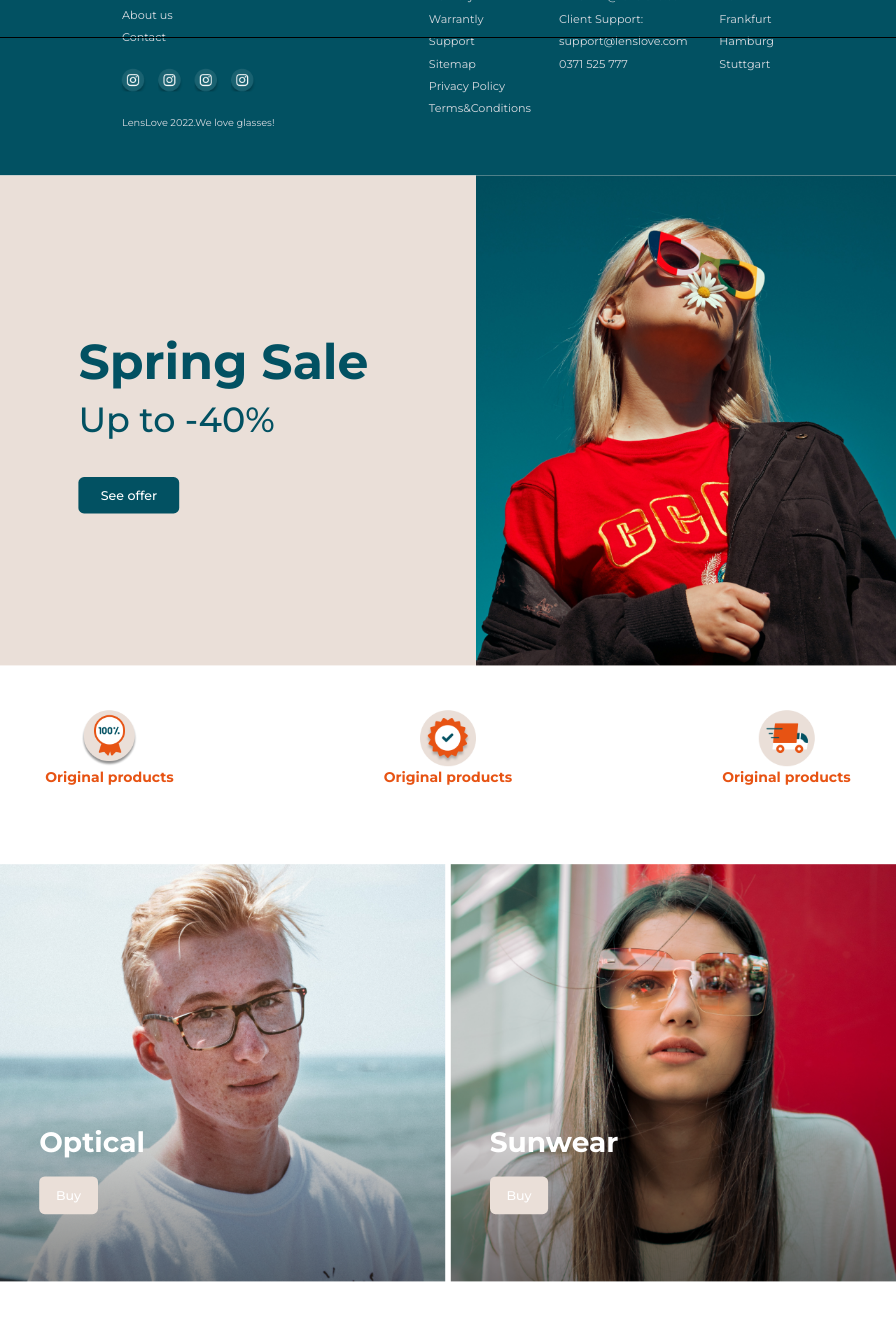
Repository: thienthanhvinh/glasses-react
Page: /
These files come from the project's save history. The page is drawn as it stood at one moment and after the next save; the edit follows.
The browser window is 1280 px wide. The pictures show the part of the page from y = 312 to 2232 px (the page is 5645 px tall before and 720 px after), at 70% of full size.
The project was rebuilt for these pictures with package versions that can differ from the ones it lists, and the page was loaded fresh each time. Also part of the build but not shown: src/App.css, src/components/common/FormGroup.js, src/components/input/Input.js, src/components/label/Label.js, src/hooks/useDarkMode.js, src/layout/LayoutAuthentication.js, src/components/icons/IconEyeToggle.js, src/pages/SignInPage.js and 1 more.

Above is the page before, as saved 2023-02-13 20:01:27.

### public/index.html
<!DOCTYPE html>
<html lang="en">
  <head>
    <meta charset="utf-8" />
    <link rel="icon" href="%PUBLIC_URL%/favicon.ico" />
    <meta name="viewport" content="width=device-width, initial-scale=1" />
    <meta name="theme-color" content="#000000" />
    <meta
      name="description"
      content="Web site created using create-react-app"
    />
    <link rel="apple-touch-icon" href="%PUBLIC_URL%/logo192.png" />
    <!--
      manifest.json provides metadata used when your web app is installed on a
      user's mobile device or desktop. See https://developers.google.com/web/fundamentals/web-app-manifest/
    -->
    <link rel="manifest" href="%PUBLIC_URL%/manifest.json" />
    <!--
      Notice the use of %PUBLIC_URL% in the tags above.
      It will be replaced with the URL of the `public` folder during the build.
      Only files inside the `public` folder can be referenced from the HTML.

      Unlike "/favicon.ico" or "favicon.ico", "%PUBLIC_URL%/favicon.ico" will
      work correctly both with client-side routing and a non-root public URL.
      Learn how to configure a non-root public URL by running `npm run build`.
    -->
    <link href="https://fonts.googleapis.com/css2?family=Montserrat:wght@300;400;500;600;700&display=swap" rel="stylesheet">
    <title>React App</title>
  </head>
  <body>
    <noscript>You need to enable JavaScript to run this app.</noscript>
    <div id="root"></div>
    <!--
      This HTML file is a template.
      If you open it directly in the browser, you will see an empty page.

      You can add webfonts, meta tags, or analytics to this file.
      The build step will place the bundled scripts into the <body> tag.

      To begin the development, run `npm start` or `yarn start`.
      To create a production bundle, use `npm run build` or `yarn build`.
    -->
  </body>
</html>

### src/index.js
import React from 'react';
import ReactDOM from 'react-dom/client';
import './index.css';
import App from './App';
import reportWebVitals from './reportWebVitals';
import { BrowserRouter } from 'react-router-dom';
import { ToastContainer, toast } from 'react-toastify';
import 'react-toastify/dist/ReactToastify.css';

const root = ReactDOM.createRoot(document.getElementById('root'));
root.render(
  // <React.StrictMode>
  <BrowserRouter>
    <App />
    <ToastContainer></ToastContainer>
  </BrowserRouter>
  // </React.StrictMode>
);

// If you want to start measuring performance in your app, pass a function
// to log results (for example: reportWebVitals(console.log))
// or send to an analytics endpoint. Learn more: https://bit.ly/CRA-vitals
reportWebVitals();

### src/index.css
/* body {
  margin: 0;
  font-family: -apple-system, BlinkMacSystemFont, 'Segoe UI', 'Roboto', 'Oxygen',
    'Ubuntu', 'Cantarell', 'Fira Sans', 'Droid Sans', 'Helvetica Neue',
    sans-serif;
  -webkit-font-smoothing: antialiased;
  -moz-osx-font-smoothing: grayscale;
}

code {
  font-family: source-code-pro, Menlo, Monaco, Consolas, 'Courier New',
    monospace;
} */

@tailwind base;
@tailwind components;
@tailwind utilities;

body {
  font-family: 'Montserrat', sans-serif;
}
/* .darkmode-input:checked + div .darkmode-spinner {
  transform: translateX(33px);
} */
.active-light {
  transform: translateX(0px);
  transition: all 0.4s;
}
.active-dark {
  transform: translateX(33px);
  transition: all 0.4s;
}

/* .darkmode-input:checked + div {


} */

/* .darkmode-input:checked + div .darkmode-spinner {
  background-color: white;
} */

### src/App.js

import { Route, Routes } from 'react-router-dom';
import './App.css';
import HomePage from './pages/HomePage';
import SignInPage from './pages/SignInPage';
import SignUpPage from './pages/SignUpPage';

function App() {
  return (
    <Routes>
      <Route path='/sign-up' element={<SignUpPage></SignUpPage>}></Route>
      <Route path='/sign-in' element={<SignInPage></SignInPage>}></Route>
      <Route path='/' element={<HomePage></HomePage>}></Route>
    </Routes>
  );
}

export default App;

### src/pages/HomePage.js
import React, { Fragment } from "react";
import Category from "../components/category/Category";
import Heading from "../components/common/Heading";
import Intro from "../components/intro/Intro";
import SpringSales from "../components/sales/SpringSales";
import LayoutMenu from "../layout/LayoutMenu";
import GlassesGrid from "../modules/GlassesGrid";
import GlassesItem from "../modules/GlassesItem";
import { v4 } from "uuid";
import Button from "../components/button/Button";
import HeadLine from "../modules/HeadLine";
import LayoutFooter from "../layout/LayoutFooter";
import LayoutGlasses from "../layout/LayoutGlasses";

const HomePage = () => {
  return (
    <Fragment>
      <LayoutGlasses>

      </LayoutGlasses>
      <SpringSales></SpringSales>
      <Intro></Intro>
      <Category></Category>
      <Heading>Popular</Heading>
      <GlassesGrid>
        {Array(4)
          .fill(0)
          .map((item) => (
            <GlassesItem key={v4()}></GlassesItem>
          ))}
        {/* <GlassesItem></GlassesItem> */}
      </GlassesGrid>
      <div className="text-center mb-[140px]">
        <Button className="mt-[70px] px-5 py-2 rounded-[4px]">See all</Button>
      </div>
      <Heading>New</Heading>
      <GlassesGrid>
        {Array(4)
          .fill(0)
          .map((item) => (
            <GlassesItem key={v4()}></GlassesItem>
          ))}
      </GlassesGrid>
      <div className="text-center mb-[140px]">
        <Button className="mt-[70px] px-5 py-2 rounded-[4px]">See all</Button>
      </div>
      <Heading>Sunwear</Heading>
      <GlassesGrid>
        {Array(4)
          .fill(0)
          .map((item) => (
            <GlassesItem key={v4()}></GlassesItem>
          ))}
      </GlassesGrid>
      <div className="text-center mb-[112px]">
        <Button className="mt-[70px] px-5 py-2 rounded-[4px]">See all</Button>
      </div>
      <Heading className="mb-[80px]">Our advice</Heading>
      <HeadLine></HeadLine>
      <HeadLine type="secondary"></HeadLine>

    </Fragment>
  );
};

export default HomePage;

### src/components/category/Category.js
import React from 'react';
import Button from '../button/Button';

const Category = () => {
    return (
        <div className='flex mb-[112px] mx-auto max-w-[1400px] w-full gap-x-2'>
            <div className='h-[596px] relative'>
                <img src="/category1.png" alt="" className='w-full h-full object-cover' />
                <div className='absolute bottom-24 left-14'>
                    <p className='font-extrabold text-[40px] leading-[98px] text-white'>Optical</p>
                    <Button className='bg-secondary text-primary rounded-[4px] px-6 py-2 font-bold text-lg leading-[30px]'>Buy</Button>
                </div>
            </div>
            <div className='h-[596px] relative'>
                <img src="/category2.png" alt="" className='w-full h-full object-cover' />
                <div className='absolute bottom-24 left-14'>
                    <p className='font-extrabold text-[40px] leading-[98px] text-white'>Sunwear</p>
                    <Button className='bg-secondary text-primary rounded-[4px] px-6 py-2 font-bold text-lg leading-[30px]'>Buy</Button>
                </div>
            </div>
        </div>
    );
};

export default Category;

### src/components/common/Heading.js
import React from 'react';

const Heading = ({children, className = ''}) => {
    return (
        <h2 className={`font-extrabold text-[70px] leading-[98px] text-center text-primary mb-[70px] ${className}`}>
            {children}
        </h2>
    );
};
export default Heading;

### src/components/intro/Intro.js
import React from 'react';

const Intro = () => {
    return (
        <div className='flex items-center justify-center gap-x-[300px] mt-[64px] mb-[110px]'>
            <div className='flex flex-col items-center'>
                <img srcSet="/Icon1.png 2x" alt="" className='w-[80px] h-[80px] object-cover' />
                <p className='text-tertiary text-xl leading-[30px] font-bold'>Original products</p>
            </div>
            <div className='flex flex-col items-center'>
                <img srcSet="/Icon2.png 2x" alt="" className='w-[80px] h-[80px] object-cover' />
                <p className='text-tertiary text-xl leading-[30px] font-bold'>Original products</p>
            </div>
            <div className='flex flex-col items-center'>
                <img srcSet="/Icon3.png 2x" alt="" className='w-[80px] h-[80px] object-cover' />
                <p className='text-tertiary text-xl leading-[30px] font-bold'>Original products</p>
            </div>
        </div>
    );
};

export default Intro;

### src/components/sales/SpringSales.js
import React from 'react';
import Button from '../button/Button';

const SpringSales = () => {
    return (
        <div className='bg-secondary h-[700px] w-full flex items-center justify-between'>
            <div className='ml-[112px]'>
                <h2 className='text-primary text-[70px] font-extrabold leading-[98px]'>Spring Sale</h2>
                <p className='text-primary text-[50px] font-medium leading-[68px] mb-[48px]'>Up to -40%</p>
                <Button className='text-white bg-primary rounded-lg px-8 py-2 text-lg'>See offer</Button>
            </div>
            <div className='h-[700px]'>
                <img src="/photo1.png" alt="" className='w-full h-auto object-cover' />
            </div>
        </div>
    );
};

export default SpringSales;

### src/layout/LayoutMenu.js
import React from "react";
import { Link } from "react-router-dom";
import Navbar from "../components/navbar/Navbar";

const LayoutMenu = () => {
  return (
    <div className="py-10 px-16">
      <div className="flex items-center justify-between mb-14">
        <img src="/logo.png" alt="" className="w-[140px] h-auto object-cover" />
        <div className="flex gap-x-5 text-secondary-3 text-[15px] font-medium">
            <span>0371 525 777</span>
            <Link to="/">Help</Link>
            <Link to="/sign-in">Account</Link>
        </div>
      </div>
      <Navbar></Navbar>
    </div>
  );
};

export default LayoutMenu;

### src/modules/GlassesGrid.js
import React from 'react';

const GlassesGrid = ({children, className = ''}) => {
    return (
        <div className={`grid grid-cols-4 gap-x-6 px-16 ${className}`}>
            {children}
        </div>
    );
};

export default GlassesGrid;

### src/modules/GlassesItem.js
import React from "react";

const GlassesItem = () => {
  return (
    <div className="flex flex-col">
      <div className="h-[250px] mb-4">
        <img src="/glasses.png" alt="" className="w-full h-full object-cover" />
      </div>
      <p className="text-secondary-3 font-semibold text-2xl">Model Name</p>
      <p className="font-normal text-secondary-3">Price</p>
      <p className="font-semibold text-lg leading-[30px] text-tertiary">
        See details ->
      </p>
    </div>
  );
};

export default GlassesItem;

### src/components/button/Button.js
import React from 'react';

const Button = ({type, children, className=''}) => {
    return (
        <button type='submit' className={`bg-primary text-white ${className} rounded-lg px-3 py-3 font-medium`}>
            {children}
        </button>
    );
};

export default Button;

### src/modules/HeadLine.js
import React from "react";
import HeadlineImage from "./HeadlineImage";
import HeadlineContent from "./HeadlineContent";

const HeadLine = ({type = "default"}) => {
    if(type === "default") {
        return (
            <div className="w-full flex items-center gap-x-[112px] px-16">
              <HeadlineImage></HeadlineImage>
              <HeadlineContent></HeadlineContent>
            </div>
          );
    } else {
        return (
            <div className="w-full flex items-center gap-x-[227px] px-16">
              <HeadlineContent className="ml-[48px]"></HeadlineContent>
              <HeadlineImage src="headline2.png" className=""></HeadlineImage>
            </div>
          );
    }

};

export default HeadLine;

### src/layout/LayoutFooter.js
import React from "react";
import { Link } from "react-router-dom";

const LayoutFooter = () => {
  return (
    <div className="bg-primary flex justify-around px-16 py-16 text-gray-white">
      <div className="flex flex-col">
        <h2 className="text-secondary font-extrabold text-[32px] leading-[46px] mb-8">
          LENS<span className="font-normal">LOVE</span>
        </h2>
        <Link to="/about" className="mb-2">
          About us
        </Link>
        <Link to="contact" className="mb-8">
          Contact
        </Link>
        <div className="flex gap-x-4 mb-8">
          <span>
            <img src="/Instagram.png" alt="" />
          </span>
          <span>
            <img src="/Instagram.png" alt="" />
          </span>
          <span>
            <img src="/Instagram.png" alt="" />
          </span>
          <span>
            <img src="/Instagram.png" alt="" />
          </span>
        </div>
        <p className="text-[14px] leading-[24px]">
          LensLove 2022.We love glasses!
        </p>
      </div>
      <div className="flex gap-x-10">
        <div>
          <h3 className="font-medium text-xl mb-6">Info</h3>
          <div className="flex flex-col gap-y-2">
            <p>Delivery</p>
            <p>Warrantly</p>
            <p>Support</p>
            <p>Sitemap</p>
            <p>Privacy Policy</p>
            <p>Terms&Conditions</p>
          </div>
        </div>
        <div>
          <h3 className="font-medium text-xl mb-6">Helps</h3>
          <div className="flex flex-col gap-y-2">
            <p>Email: hi@lenslove.com</p>
            <p>Client Support:</p>
            <p>support@lenslove.com</p>
            <p>0371 525 777</p>
          </div>
        </div>
        <div>
          <h3 className="font-medium text-xl mb-6">Shops</h3>
          <div className="flex flex-col gap-y-2">
            <p>Berlin</p>
            <p>Frankfurt</p>
            <p>Hamburg</p>
            <p>Stuttgart</p>
          </div>
        </div>
      </div>
    </div>
  );
};

export default LayoutFooter;

### src/layout/LayoutGlasses.js
import React from 'react';
import LayoutFooter from './LayoutFooter';
import LayoutMenu from './LayoutMenu';

const LayoutGlasses = ({children}) => {
    return (
        <>
         <LayoutMenu></LayoutMenu>
            {children}
         <LayoutFooter></LayoutFooter>
        </>
    );
};

export default LayoutGlasses;

### src/components/navbar/Navbar.js
import React from "react";
import { Link } from "react-router-dom";

const Navbar = () => {
  return (
    <div className="flex">
      <ul className="flex text-sm font-semibold gap-x-8">
        <li>
          <Link to="/">Shops</Link>
        </li>
        <li>
          <Link to="/">Offers</Link>
        </li>
        <li>
          <Link to="/">Warranty</Link>
        </li>
        <li>
          <Link to="/">Medical</Link>
        </li>
        <li>
          <Link to="/">Info</Link>
        </li>
        <li>
          <Link to="/">Blog</Link>
        </li>
        <li>
          <Link to="/">About us</Link>
        </li>
        <li>
          <Link to="/">Contact</Link>
        </li>
      </ul>
      <div className="ml-auto flex items-center gap-x-8">
        <div className="flex gap-x-[6px] items-center">
          <svg
            width={18}
            height={17}
            viewBox="0 0 18 17"
            fill="none"
            xmlns="http://www.w3.org/2000/svg"
          >
            <path
              d="M17.153 15.747L12.8535 11.5161C13.9794 10.2929 14.6712 8.67509 14.6712 6.89489C14.6707 3.0867 11.534 0 7.66437 0C3.79477 0 0.658081 3.0867 0.658081 6.89489C0.658081 10.7031 3.79477 13.7898 7.66437 13.7898C9.3363 13.7898 10.8698 13.2115 12.0743 12.2501L16.3905 16.4976C16.6008 16.7047 16.9422 16.7047 17.1525 16.4976C17.3633 16.2904 17.3633 15.9541 17.153 15.747ZM7.66437 12.729C4.39027 12.729 1.7361 10.117 1.7361 6.89489C1.7361 3.67281 4.39027 1.06082 7.66437 1.06082C10.9385 1.06082 13.5926 3.67281 13.5926 6.89489C13.5926 10.117 10.9385 12.729 7.66437 12.729Z"
              fill="#414141"
            />
          </svg>
          <span className="text-sm font-semibold">Search</span>
        </div>
        <span>
          <svg
            width="19"
            height="17"
            viewBox="0 0 19 17"
            fill="none"
            xmlns="http://www.w3.org/2000/svg"
          >
            <path
              d="M2.14414 8.80841C0.111678 6.47788 0.614575 3.72661 2.23686 2.03652C3.85628 0.349414 6.5587 -0.245866 8.98238 1.79479L8.98243 1.79483C9.37299 2.12358 9.93842 2.1081 10.3148 1.781L10.3148 1.78097C12.5442 -0.15713 15.2905 0.329246 16.9821 1.956C17.8273 2.76872 18.3905 3.85299 18.4856 5.03784C18.5799 6.21232 18.2175 7.5254 17.1436 8.81679L10.2601 16.0112C9.92623 16.3602 9.36908 16.3602 9.03526 16.0113L2.14414 8.80841Z"
              stroke="#414141"
            />
          </svg>
        </span>
        <span>
          <svg
            width="17"
            height="18"
            viewBox="0 0 17 18"
            fill="none"
            xmlns="http://www.w3.org/2000/svg"
          >
            <path
              d="M0.672966 15.0244L1.47201 5.03632H10.653L11.452 15.0244C11.5228 15.9093 10.8238 16.6665 9.93602 16.6665H2.18895C1.30121 16.6665 0.602173 15.9093 0.672966 15.0244Z"
              stroke="#414141"
              stroke-linecap="round"
              stroke-linejoin="round"
            />
            <path
              d="M3.58252 7.56769V3.52604C3.58252 2.68402 4.08773 1 6.10856 1C8.12938 1 8.63459 2.68402 8.63459 3.52604V7.56769"
              stroke="#414141"
              stroke-linecap="round"
              stroke-linejoin="round"
            />
            <rect x="6" y="9" width="11" height="8" rx="4" fill="#414141" />
            <path
              d="M11.8424 15.084C11.5568 15.084 11.3048 15.0233 11.0864 14.902C10.868 14.7788 10.6972 14.608 10.574 14.3896C10.4527 14.1712 10.392 13.9192 10.392 13.6336V12.3344C10.392 12.0488 10.4527 11.7968 10.574 11.5784C10.6972 11.36 10.868 11.1901 11.0864 11.0688C11.3048 10.9456 11.5568 10.884 11.8424 10.884C12.128 10.884 12.3791 10.9456 12.5956 11.0688C12.814 11.1901 12.9848 11.36 13.108 11.5784C13.2312 11.7968 13.2928 12.0488 13.2928 12.3344V13.6336C13.2928 13.9192 13.2312 14.1712 13.108 14.3896C12.9848 14.608 12.814 14.7788 12.5956 14.902C12.3791 15.0233 12.128 15.084 11.8424 15.084ZM11.8424 14.4428C11.9843 14.4428 12.1131 14.4092 12.2288 14.342C12.3445 14.2729 12.436 14.1815 12.5032 14.0676C12.5704 13.9519 12.604 13.8231 12.604 13.6812V12.284C12.604 12.1403 12.5704 12.0115 12.5032 11.8976C12.436 11.7819 12.3445 11.6904 12.2288 11.6232C12.1131 11.5541 11.9843 11.5196 11.8424 11.5196C11.7005 11.5196 11.5717 11.5541 11.456 11.6232C11.3403 11.6904 11.2488 11.7819 11.1816 11.8976C11.1144 12.0115 11.0808 12.1403 11.0808 12.284V13.6812C11.0808 13.8231 11.1144 13.9519 11.1816 14.0676C11.2488 14.1815 11.3403 14.2729 11.456 14.342C11.5717 14.4092 11.7005 14.4428 11.8424 14.4428Z"
              fill="white"
            />
          </svg>
        </span>
      </div>
    </div>
  );
};

export default Navbar;

### src/modules/HeadlineImage.js
import React from 'react';

const HeadlineImage = ({className= '', src = "/headline1.png"}) => {
    return (
        <div className={className}>
             <img src={src} alt="" />
        </div>
    );
};

export default HeadlineImage;

### src/modules/HeadlineContent.js
import React from "react";

const HeadlineContent = ({className = ''}) => {
  return (
    <div className={className}>
      <h2 className="text-secondary-3 font-extrabold text-[40px] leading-[54px] mb-8">
        Headline
      </h2>
      <p className="w-[444px] mb-[48px]">
        Lorem ipsum dolor sit amet consectetur adipisicing elit. Repellat aut
        repudiandae cupiditate temporibus numquam, dolor omnis molestiae esse
        exercitationem delectus nihil necessitatibus iste aliquid facilis.
        Officiis quod praesentium vero sunt?
      </p>
      <p className="text-tertiary text-xl font-bold leading-[30px]">
        Read more ->
      </p>
    </div>
  );
};

export default HeadlineContent;

### tailwind.config.js
/** @type {import('tailwindcss').Config} */
module.exports = {
  content: [
    "./src/**/*.{js,jsx,ts,tsx}",
  ],
  darkMode: 'class',
  theme: {
    extend: {
      colors: {
        'color-1': "#808191",
        'color-2': "#2d3436",
        'primary' : '#025162',
        'secondary': '#EADFD8',
        'secondary-3': '#414141',
        'tertiary' : '#E75313',
        'lens': '#D4E1F4',
        'gray-white': '#D9DBE1',
        'dark-text-primary': '#dfe6e9',
        'dark-color' : '#4e4f50',
        'dark-secon-color': '#2d3436',
        'dark-third-color': '#3a3a3a',
        'dark-four-color' : '#242526',
        'dark-five-color' : '#3A3A3A',

      }
    },
  },
  plugins: [],
}

Loaded but not shown: src/reportWebVitals.js (common file)

After the next save:
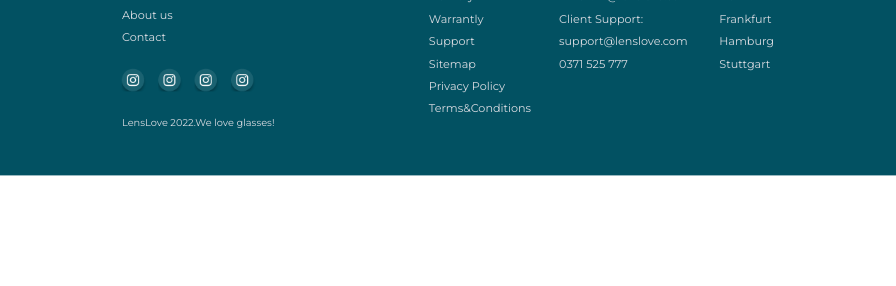
Saved 18 s later.
--- a/src/pages/HomePage.js
+++ b/src/pages/HomePage.js
@@ -18,46 +18,7 @@ const HomePage = () => {
       <LayoutGlasses>
 
       </LayoutGlasses>
-      <SpringSales></SpringSales>
-      <Intro></Intro>
-      <Category></Category>
-      <Heading>Popular</Heading>
-      <GlassesGrid>
-        {Array(4)
-          .fill(0)
-          .map((item) => (
-            <GlassesItem key={v4()}></GlassesItem>
-          ))}
-        {/* <GlassesItem></GlassesItem> */}
-      </GlassesGrid>
-      <div className="text-center mb-[140px]">
-        <Button className="mt-[70px] px-5 py-2 rounded-[4px]">See all</Button>
-      </div>
-      <Heading>New</Heading>
-      <GlassesGrid>
-        {Array(4)
-          .fill(0)
-          .map((item) => (
-            <GlassesItem key={v4()}></GlassesItem>
-          ))}
-      </GlassesGrid>
-      <div className="text-center mb-[140px]">
-        <Button className="mt-[70px] px-5 py-2 rounded-[4px]">See all</Button>
-      </div>
-      <Heading>Sunwear</Heading>
-      <GlassesGrid>
-        {Array(4)
-          .fill(0)
-          .map((item) => (
-            <GlassesItem key={v4()}></GlassesItem>
-          ))}
-      </GlassesGrid>
-      <div className="text-center mb-[112px]">
-        <Button className="mt-[70px] px-5 py-2 rounded-[4px]">See all</Button>
-      </div>
-      <Heading className="mb-[80px]">Our advice</Heading>
-      <HeadLine></HeadLine>
-      <HeadLine type="secondary"></HeadLine>
+
 
     </Fragment>
   );
